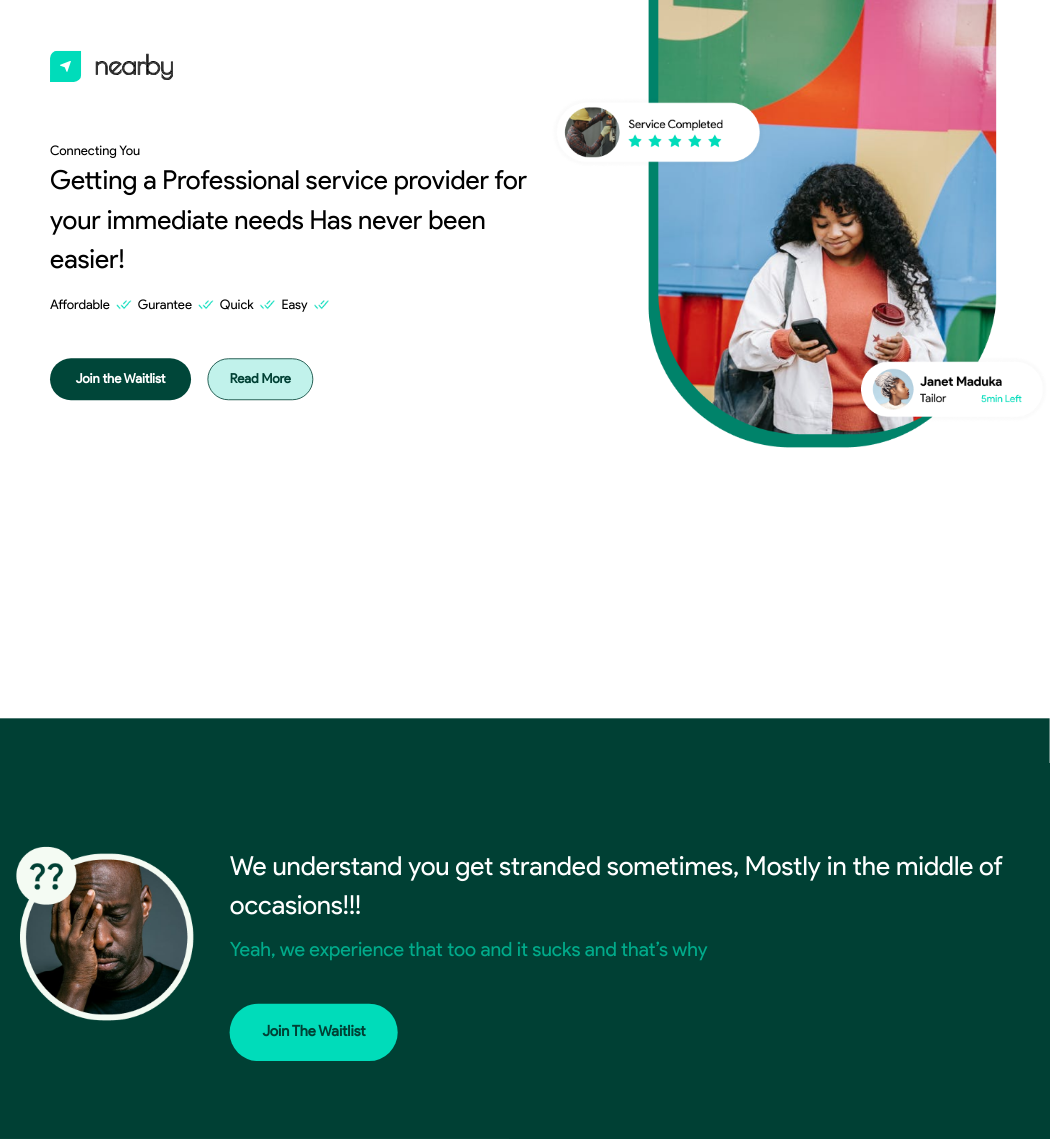
Repository: Eugene44-hub/Mearby
Page: /
An editor plug-in stored every save of this project. The page is shown before and after the next save, followed by the edit.
The browser window is 1280 px wide. The pictures show the whole page, at 82% of full size.
The project was rebuilt for these pictures with package versions that can differ from the ones it lists, and the page was loaded fresh each time.

Above is the page before, as saved 2022-04-30 07:17:34.

After the next save:
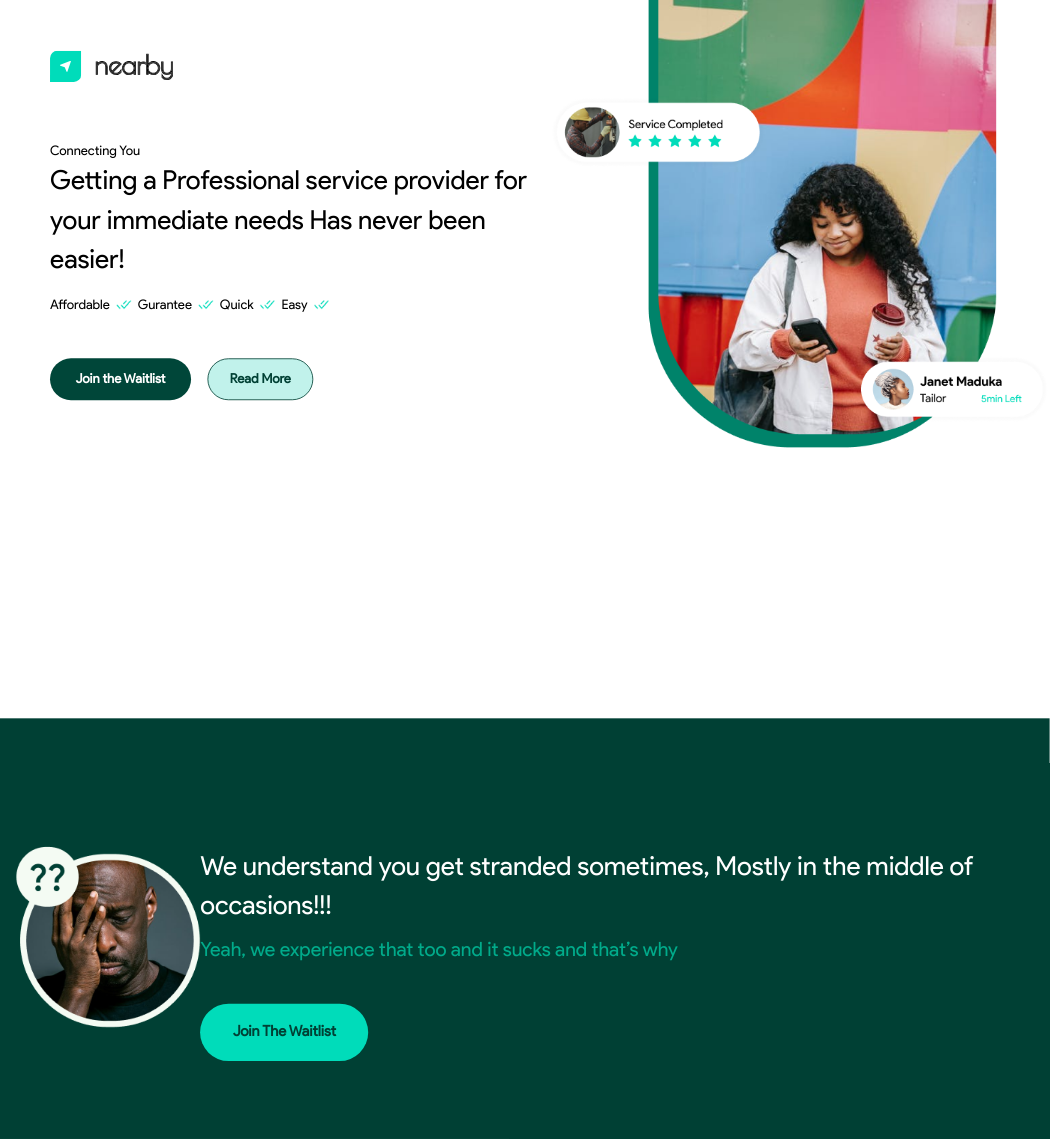
Saved 36 s later.
--- a/src/components/understand/Understand.tsx
+++ b/src/components/understand/Understand.tsx
@@ -3,7 +3,7 @@ import understand from "../../assets/images/understand.png"
 import WaitLight from "../../components/Buttons/WaitLight"
 const Understand = () => {
   return (
-    <div className='bg-[#004034] px-5 pt-[9.75rem] md:flex gap-11 relative mt-[20rem]'>
+    <div className='bg-[#004034] px-5 pt-[9.75rem] md:flex  relative mt-[20rem]'>
 
   <img src={understand} className=" absolute block md:hidden translate-x-[-50%] left-[50%] top-[-20%]" alt="understand" />
   <div>
